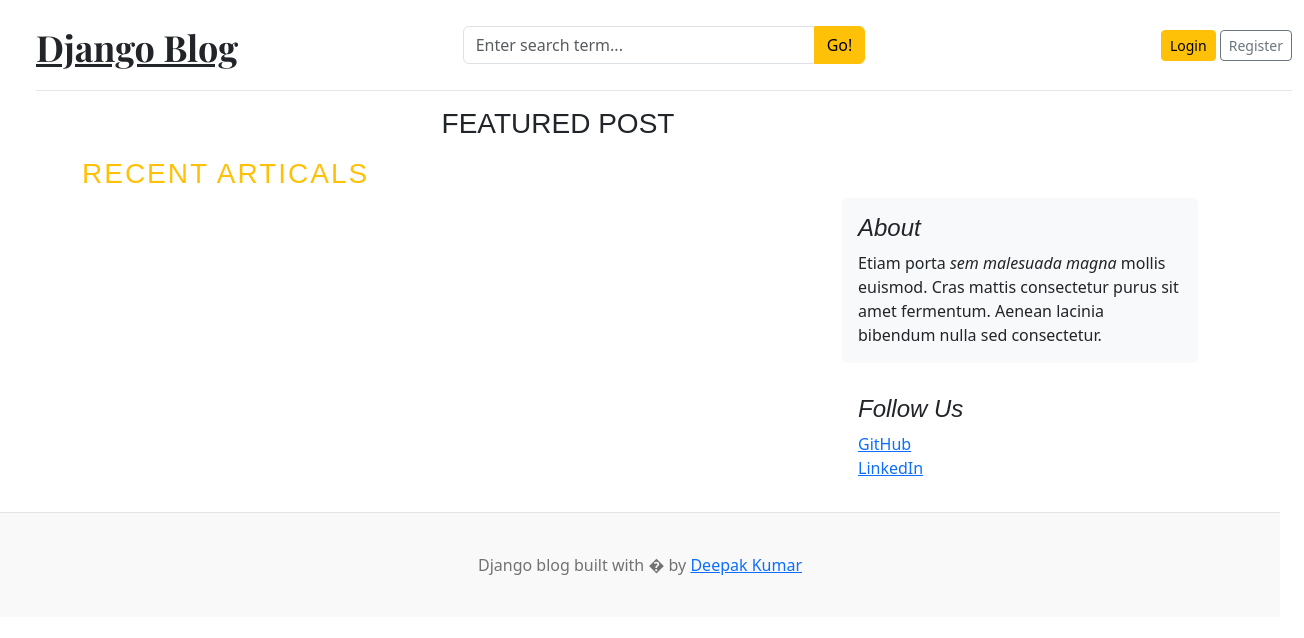
Repository: vijayholve/Blog-Website-Django
Page: templates/home.html
These files come from the project's save history. The page is drawn as it stood at one moment and after the next save; the edit follows.
The browser window is 1280 px wide. The page is 1304 px wide, so the pictures cover 1304 px, including what lies to the right of the window. The pictures show the whole page.
Some web fonts or font styles are not loaded; a fallback is used. The template is drawn by Django 5.2. The application's start-up code is not run. The template is opened directly, without the code that normally fills it, so the values that code supplies are empty.

Above is the page before, as saved 2025-01-29 16:17:08.

After the next save:
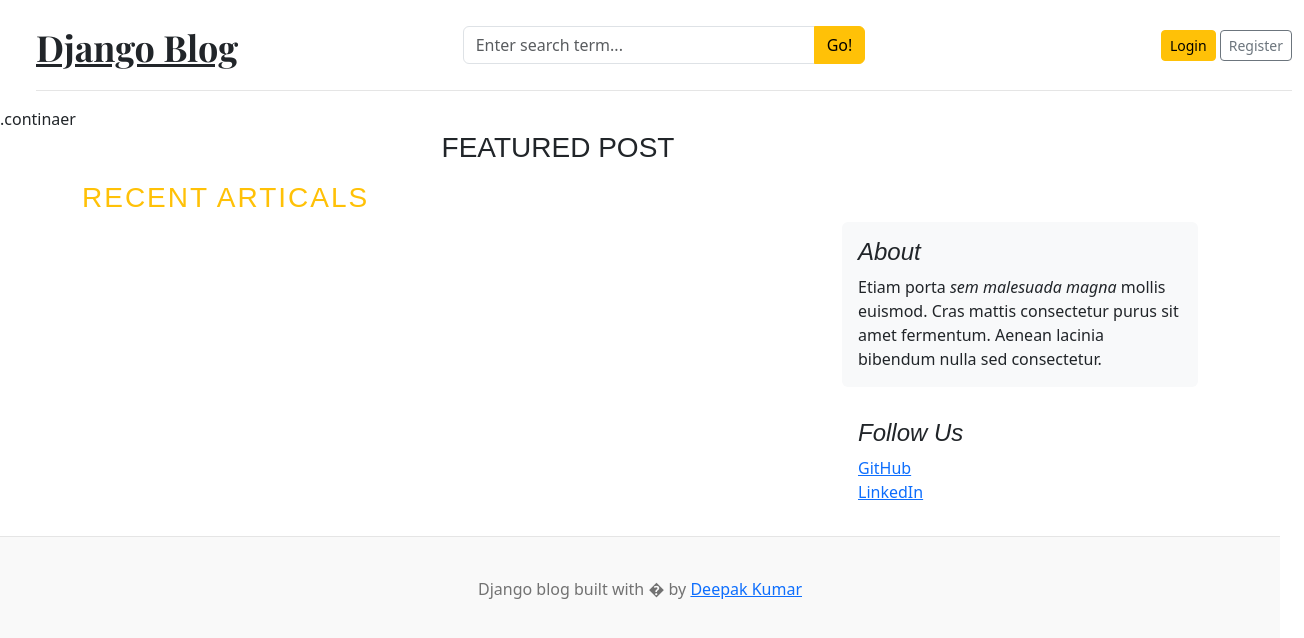
Saved 36 s later.
--- a/templates/home.html
+++ b/templates/home.html
@@ -18,6 +18,7 @@
 
 <!-- Featured POST -->
 <div class="container row mb-2">
+  .continaer
     <h3 class="container mr-4 text-uppercase text-dark text-bold text-center" >Featured POST</h3>
     {% for post in featured_post %}
       {% if not forloop.first %}

After the save that followed:
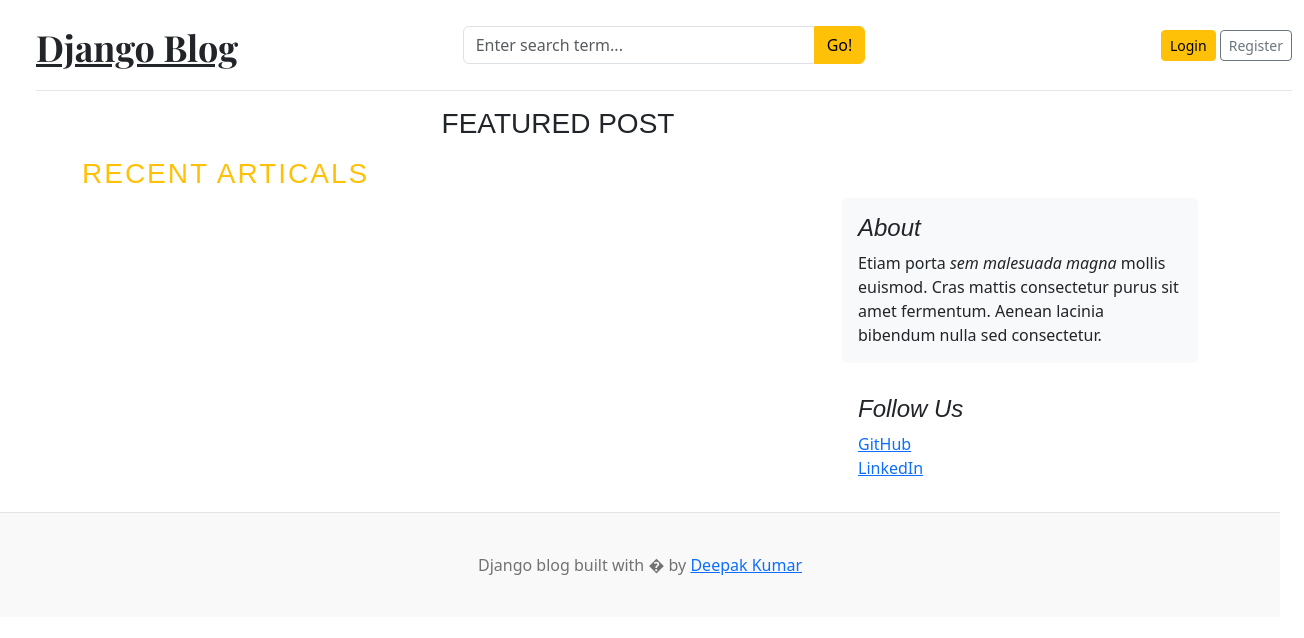
Saved 6 s later.
--- a/templates/home.html
+++ b/templates/home.html
@@ -18,7 +18,9 @@
 
 <!-- Featured POST -->
 <div class="container row mb-2">
-  .continaer
+  <div class="container">
+
+  </div>
     <h3 class="container mr-4 text-uppercase text-dark text-bold text-center" >Featured POST</h3>
     {% for post in featured_post %}
       {% if not forloop.first %}
